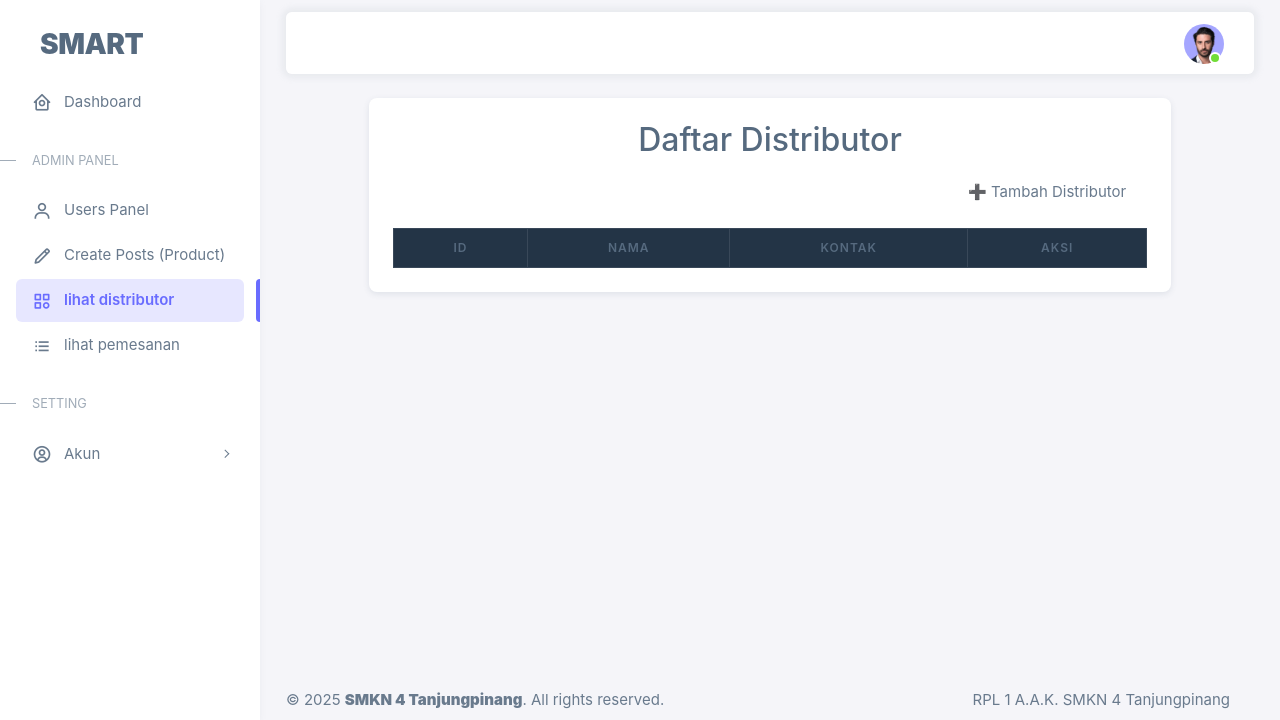
Repository: athalantis/SMart
Page: http://localhost/distributor.php
These files come from the project's save history. The page is drawn as it stood at one moment and after the next save; the edit follows.
The browser window is 1280 px wide. The pictures show the whole page.
Some web fonts or font styles are not loaded; a fallback is used. The page is run by PHP 8.4 with error messages shown; the project is at /var/www/html/. The session is filled in as if someone had signed in: {"username": "testuser", "name": "Test User", "role": "admin", "user_id": 1}. Queries for data that is not in the repository find no rows.

Above is the page before, as saved 2025-04-26 00:19:46.

After the next save:
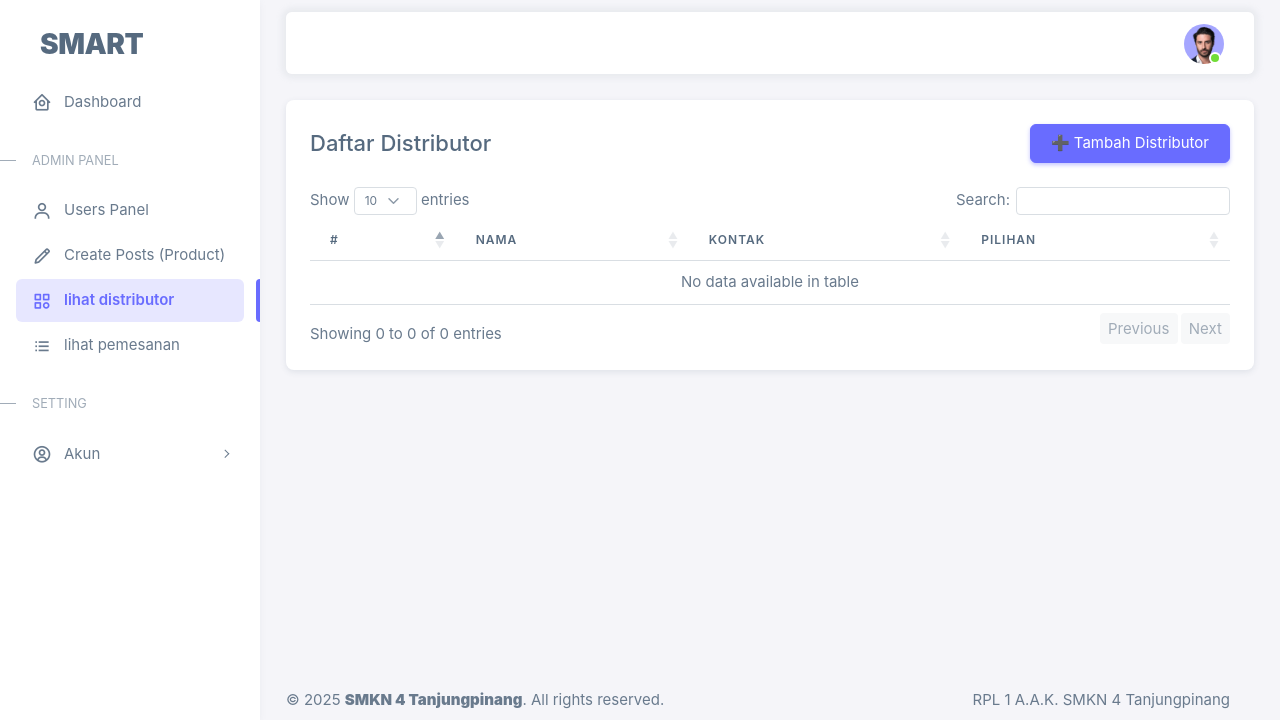
Saved 3 days later.
--- a/distributor.php
+++ b/distributor.php
@@ -5,40 +5,50 @@ include(".includes/header.php");
 $title = "Admin's Dashboard";
 include('.includes/toast_notification.php');
 
-// Ambil data distributor dari database
 $result = $conn->query("SELECT * FROM distributor");
 $distributors = $result->fetch_all(MYSQLI_ASSOC);
 ?>
 
-<div class="container-fluid mt-4">
-    <div class="row justify-content-center">
-        <div class="col-lg-10">
-            <div class="card p-4">
-                <h2 class="mb-3 text-center">Daftar Distributor</h2>
-                <div class="d-flex justify-content-end mb-3">
-                    <button onclick="openTambahModal()" class="btn btn-soft-primary">➕ Tambah Distributor</button>
-                </div>
-
-                <table class="table table-bordered table-striped table-hover">
-                    <thead class="table-dark text-center">
-                        <tr>
-                            <th>ID</th>
+<div class="container-xxl flex-grow-1 container-p-y">
+    <div class="card">
+        <div class="card-header d-flex justify-content-between align-items-center">
+            <h4 class="mb-0">Daftar Distributor</h4>
+            <button onclick="openTambahModal()" class="btn btn-primary">➕ Tambah Distributor</button>
+        </div>
+        <div class="card-body">
+            <div class="table-responsive text-nowrap">
+                <table id="datatable" class="table table-hover">
+                    <thead>
+                        <tr class="text-center">
+                            <th>#</th>
                             <th>Nama</th>
                             <th>Kontak</th>
-                            <th>Aksi</th>
+                            <th>Pilihan</th>
                         </tr>
                     </thead>
                     <tbody>
-                        <?php foreach ($distributors as $d): ?>
-                            <tr>
-                                <td class="text-center"><?= $d['distributor_id'] ?></td>
-                                <td><?= htmlspecialchars($d['nama']) ?></td>
-                                <td class="text-center"><?= htmlspecialchars($d['kontak']) ?></td>
-                                <td class="text-center">
-                                    <button class="btn btn-warning btn-sm" onclick="openEditModal(<?= $d['distributor_id'] ?>, '<?= htmlspecialchars($d['nama']) ?>', '<?= htmlspecialchars($d['kontak']) ?>')">✏️ Edit</button>
-                                    <button class="btn btn-danger btn-sm" onclick="hapusDistributor(<?= $d['distributor_id'] ?>)">🗑️ Hapus</button>
-                                </td>
-                            </tr>
+                        <?php foreach ($distributors as $i => $d): ?>
+                        <tr>
+                            <td class="text-center"><?= $i + 1 ?></td>
+                            <td><?= htmlspecialchars($d['nama']) ?></td>
+                            <td class="text-center"><?= htmlspecialchars($d['kontak']) ?></td>
+                            <td class="text-center">
+                                <div class="dropdown">
+                                    <button type="button" class="btn p-0 dropdown-toggle hide-arrow" data-bs-toggle="dropdown">
+                                        <i class="bx bx-dots-vertical-rounded"></i>
+                                    </button>
+                                    <div class="dropdown-menu">
+                                        <a href="#" class="dropdown-item"
+                                            onclick="openEditModal(<?= $d['distributor_id'] ?>, '<?= htmlspecialchars($d['nama']) ?>', '<?= htmlspecialchars($d['kontak']) ?>')">
+                                            <i class="bx bx-edit-alt me-1"></i> Edit
+                                        </a>
+                                        <a href="#" class="dropdown-item" onclick="hapusDistributor(<?= $d['distributor_id'] ?>)">
+                                            <i class="bx bx-trash me-1"></i> Hapus
+                                        </a>
+                                    </div>
+                                </div>
+                            </td>
+                        </tr>
                         <?php endforeach; ?>
                     </tbody>
                 </table>
@@ -47,7 +57,7 @@ $distributors = $result->fetch_all(MYSQLI_ASSOC);
     </div>
 </div>
 
-<!-- Modal Tambah Distributor -->
+<!-- Modal Tambah -->
 <div class="modal fade" id="modalTambah" tabindex="-1">
     <div class="modal-dialog modal-dialog-centered">
         <div class="modal-content">
@@ -65,9 +75,9 @@ $distributors = $result->fetch_all(MYSQLI_ASSOC);
                         <label class="form-label">Kontak</label>
                         <input type="text" name="kontak" class="form-control">
                     </div>
-                    <div class="text-end">
-                        <button type="button" onclick="tambahDistributor()" class="btn btn-success">Simpan</button>
-                        <button type="button" class="btn btn-secondary" data-bs-dismiss="modal">Batal</button>
+                    <div class="modal-footer">
+                        <button type="button" class="btn btn-outline-secondary" data-bs-dismiss="modal">Batal</button>
+                        <button type="button" onclick="tambahDistributor()" class="btn btn-primary">Simpan</button>
                     </div>
                 </form>
             </div>
@@ -75,7 +85,7 @@ $distributors = $result->fetch_all(MYSQLI_ASSOC);
     </div>
 </div>
 
-<!-- Modal Edit Distributor -->
+<!-- Modal Edit -->
 <div class="modal fade" id="modalEdit" tabindex="-1">
     <div class="modal-dialog modal-dialog-centered">
         <div class="modal-content">
@@ -94,9 +104,9 @@ $distributors = $result->fetch_all(MYSQLI_ASSOC);
                         <label class="form-label">Kontak</label>
                         <input type="text" name="kontak" id="editKontak" class="form-control">
                     </div>
-                    <div class="text-end">
+                    <div class="modal-footer">
+                        <button type="button" class="btn btn-outline-secondary" data-bs-dismiss="modal">Batal</button>
                         <button type="button" onclick="updateDistributor()" class="btn btn-primary">Update</button>
-                        <button type="button" class="btn btn-secondary" data-bs-dismiss="modal">Batal</button>
                     </div>
                 </form>
             </div>
@@ -106,22 +116,18 @@ $distributors = $result->fetch_all(MYSQLI_ASSOC);
 
 <script>
     function openTambahModal() {
-        let modal = new bootstrap.Modal(document.getElementById("modalTambah"));
-        modal.show();
+        new bootstrap.Modal(document.getElementById("modalTambah")).show();
     }
 
     function openEditModal(id, nama, kontak) {
         document.getElementById("editId").value = id;
         document.getElementById("editNama").value = nama;
         document.getElementById("editKontak").value = kontak;
-
-        let modal = new bootstrap.Modal(document.getElementById("modalEdit"));
-        modal.show();
+        new bootstrap.Modal(document.getElementById("modalEdit")).show();
     }
 
     function tambahDistributor() {
         let form = new FormData(document.getElementById("formTambah"));
-
         fetch("backend_distributor.php", {
             method: "POST",
             body: form
